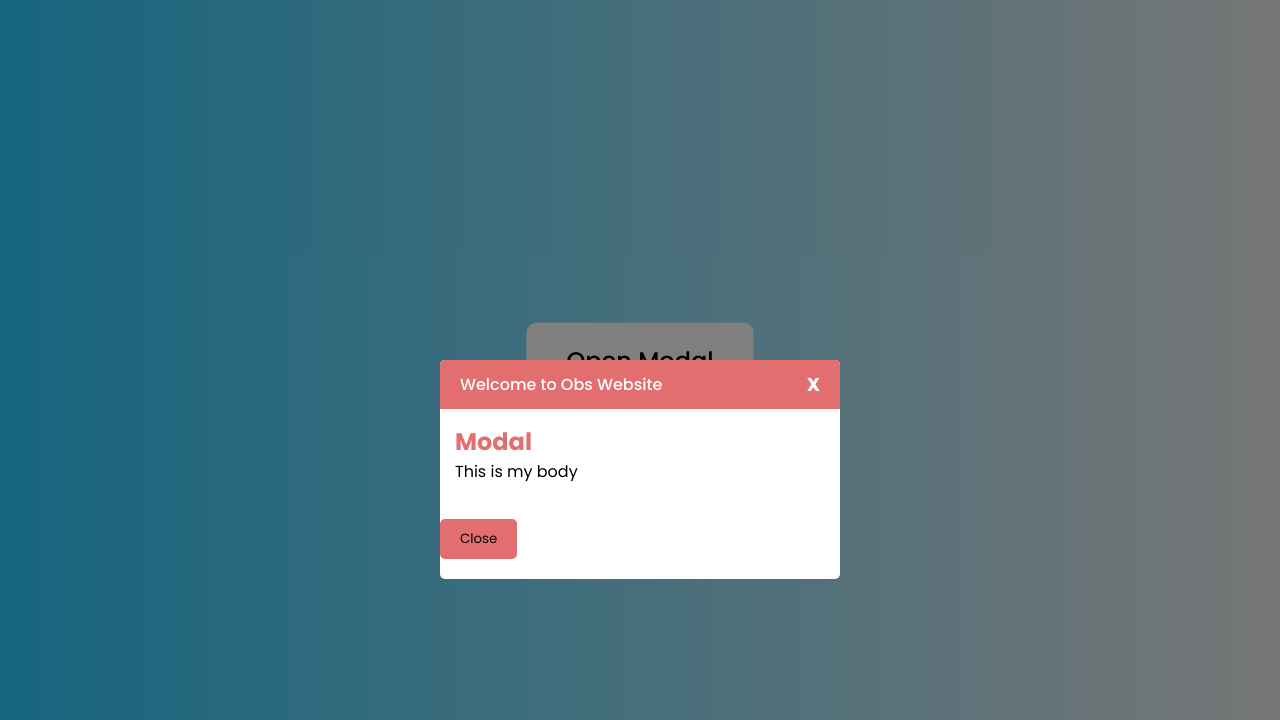
Repository: lausamtuong/Modal_card
Page: index.html
An editor plug-in stored every save of this project. The page is shown before and after the next save, followed by the edit.
The browser window is 1280 px wide. The pictures show the whole page.
The style sheet was rebuilt from its Sass, Less or Tailwind sources for each picture, by a compiler version that may differ from the author's.

Above is the page before, as saved 2021-12-15 07:02:29.

After the next save:
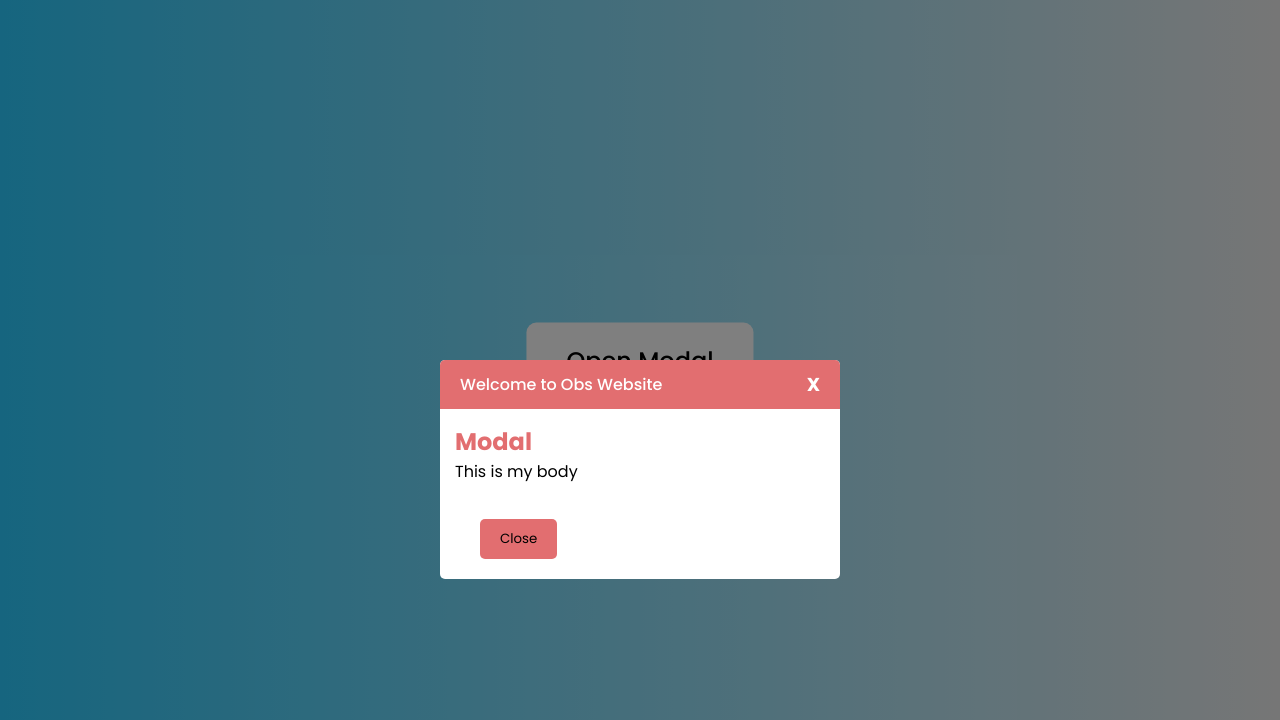
Saved 8 s later.
--- a/style.scss
+++ b/style.scss
@@ -75,7 +75,7 @@ body{
         padding:10px 20px;
         margin: 20px;
         border-radius: 5px;
-        right:20px;
+        left:20px;
         }
     }
 }
